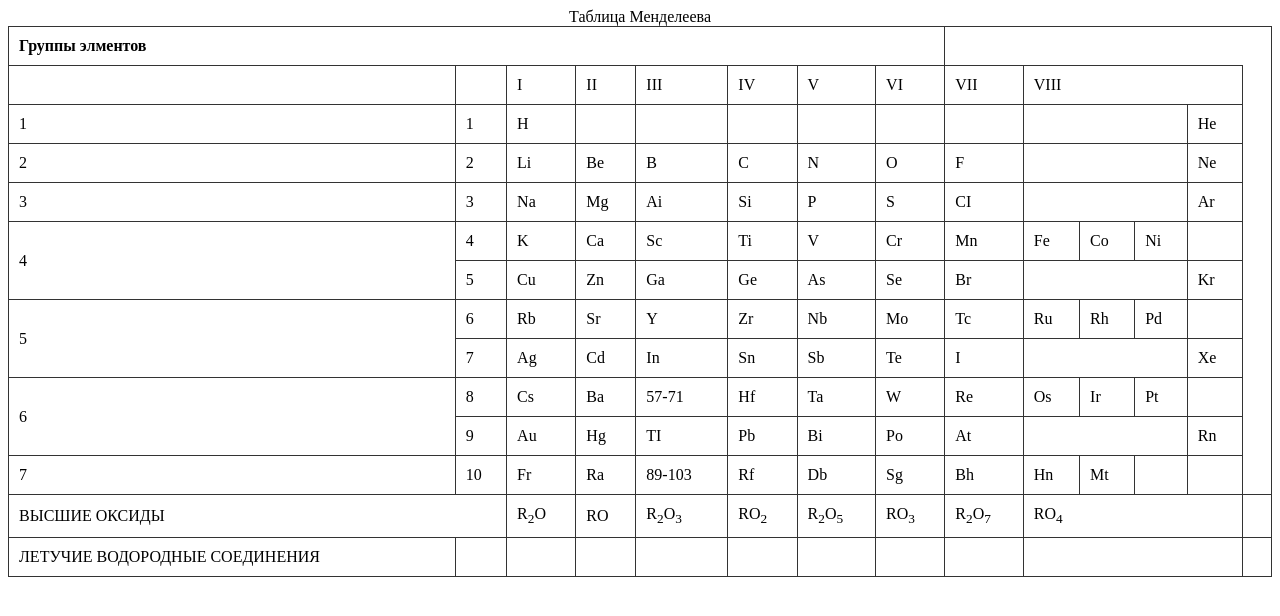
Repository: sannikovcode/exercises-a1
Page: JS/websites/01-periodic table/index.html
The author's editor kept a copy of each file at every save. The page is drawn from the files as they stood at one save, then again after the next save.
The browser window is 1280 px wide. The pictures show the whole page.

Above is the page before, as saved 2025-10-17 19:17:48.

### JS/websites/01-periodic table/index.html
<!DOCTYPE html>
<html lang="en">

<head>
    <meta charset="UTF-8">
    <meta name="viewport" content="width=device-width, initial-scale=1.0">
    <title>Periodic table</title>
    <link rel="stylesheet" href="styles.css">
</head>

<body>
    <table>
        <caption>Таблица Менделеева</caption>
        <thead>
            <tr>
                <th colspan="8">Группы элментов</th>
            </tr>
        </thead>

        <tbody>
            <tr>
                <td></td>
                <td></td>
                <td>I</td>
                <td>II</td>
                <td>III</td>
                <td>IV</td>
                <td>V</td>
                <td>VI</td>
                <td>VII</td>
                <td colspan="4">VIII</td>
            </tr>
            <tr>
                <td>1</td>
                <td>1</td>
                <td>H</td>
                <td></td>
                <td></td>
                <td></td>
                <td></td>
                <td></td>
                <td></td>
                <td colspan="3"></td>
                <td>He</td>

            </tr>
            <tr>
                <td>2</td>
                <td>2</td>
                <td>Li</td>
                <td>Be</td>
                <td>B</td>
                <td>C</td>
                <td>N</td>
                <td>O</td>
                <td>F</td>
                <td colspan="3"></td>
                <td>Ne</td>


            </tr>
            <tr>
                <td>3</td>
                <td>3</td>
                <td>Na</td>
                <td>Mg</td>
                <td>Ai</td>
                <td>Si</td>
                <td>P</td>
                <td>S</td>
                <td>CI</td>
                <td colspan="3"></td>
                <td>Ar</td>

            </tr>
            <tr>
                <td rowspan="2">4</td>
                <td>4</td>
                <td>K</td>
                <td>Ca</td>
                <td>Sc</td>
                <td>Ti</td>
                <td>V</td>
                <td>Cr</td>
                <td>Mn</td>
                <td>Fe</td>
                <td>Co</td>
                <td>Ni</td>
                <td></td>
            </tr>
            <tr>
                <td>5</td>
                <td>Cu</td>
                <td>Zn</td>
                <td>Ga</td>
                <td>Ge</td>
                <td>As</td>
                <td>Se</td>
                <td>Br</td>
                <td colspan="3"></td>
                <td>Kr</td>
            <tr>
                <td rowspan="2">5</td>
                <td>6</td>
                <td>Rb</td>
                <td>Sr</td>
                <td>Y</td>
                <td>Zr</td>
                <td>Nb</td>
                <td>Mo</td>
                <td>Tc</td>
                <td>Ru</td>
                <td>Rh</td>
                <td>Pd</td>
                <td></td>
            </tr>
            <tr>
                <td>7</td>
                <td>Ag</td>
                <td>Cd</td>
                <td>In</td>
                <td>Sn</td>
                <td>Sb</td>
                <td>Te</td>
                <td>I</td>
                <td colspan="3"></td>
                <td>Xe</td>
            </tr>
            <tr>
                <td rowspan="2">6</td>
                <td>8</td>
                <td>Cs</td>
                <td>Ba</td>
                <td>57-71</td>
                <td>Hf</td>
                <td>Ta</td>
                <td>W</td>
                <td>Re</td>
                <td>Os</td>
                <td>Ir</td>
                <td>Pt</td>
                <td></td>
            </tr>
            <tr>
                <td>9</td>
                <td>Au</td>
                <td>Hg</td>
                <td>TI</td>
                <td>Pb</td>
                <td>Bi</td>
                <td>Po</td>
                <td>At</td>
                <td colspan="3"></td>
                <td>Rn</td>
            </tr>
            <tr>
                <td>7</td>
                <td>10</td>
                <td>Fr</td>
                <td>Ra</td>
                <td>89-103</td>
                <td>Rf</td>
                <td>Db</td>
                <td>Sg</td>
                <td>Bh</td>
                <td>Hn</td>
                <td>Mt</td>
                <td></td>
                <td></td>
            </tr>
            <tr>
                <td colspan="2">ВЫСШИЕ ОКСИДЫ</td>
                <td>R<sub>2</sub>O</td>
                <td>RO</td>
                <td>R<sub>2</sub>O<sub>3</sub></td>
                <td>RO<sub>2</sub></td>
                <td>R<sub>2</sub>O<sub>5</sub></td>
                <td>RO<sub>3</sub></td>
                <td>R<sub>2</sub>O<sub>7</sub></td>
                <td colspan="4">RO<sub>4</sub></td>
                <td></td>

            </tr>
            <tr>
                <td>ЛЕТУЧИЕ ВОДОРОДНЫЕ СОЕДИНЕНИЯ</td>
                <td></td>
                <td></td>
                <td></td>
                <td></td>
                <td></td>
                <td></td>
                <td></td>
                <td></td>
                <td colspan="4"></td>
            </tr>

        </tbody>
        <tfoot>

        </tfoot>

    </table>




</body>

</html>

### JS/websites/01-periodic table/styles.css
table {
  border-collapse: collapse;
  width: 100%;
}

table, th, td {
  border: 1px solid #333;
}

th, td {
  padding: 10px;
  text-align: left;
}

After the next save:
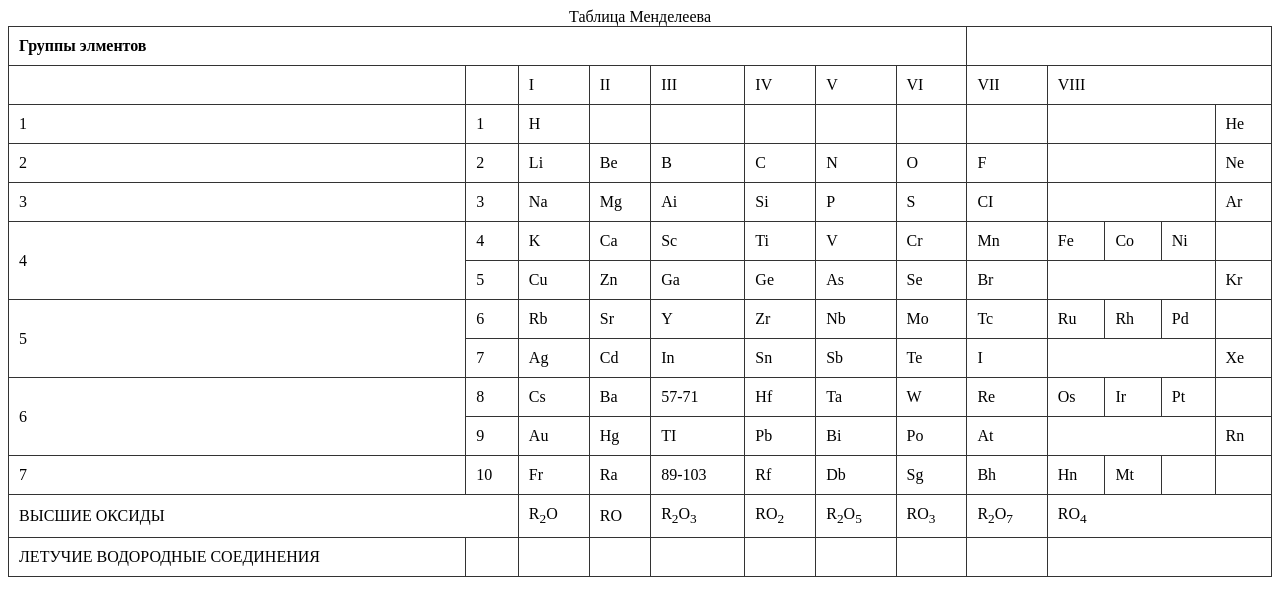
Saved 7 s later.
--- a/JS/websites/01-periodic table/index.html
+++ b/JS/websites/01-periodic table/index.html
@@ -178,7 +178,7 @@
                 <td>RO<sub>3</sub></td>
                 <td>R<sub>2</sub>O<sub>7</sub></td>
                 <td colspan="4">RO<sub>4</sub></td>
-                <td></td>
+
 
             </tr>
             <tr>
